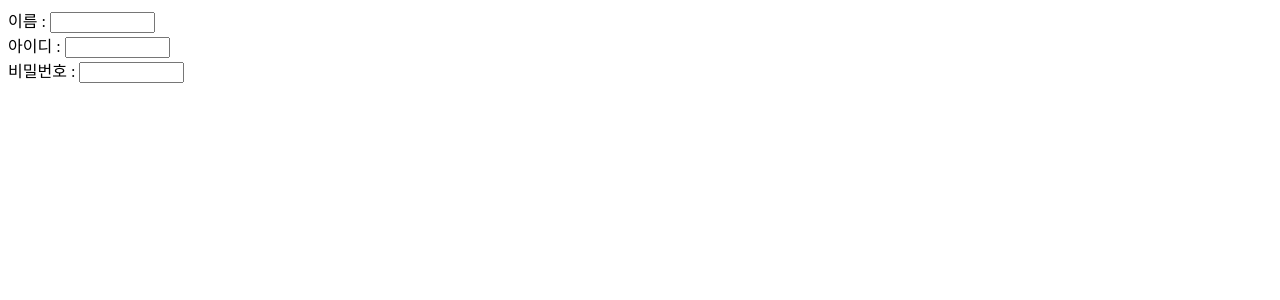
Repository: kimhun456/JSPLearn
Page: HelloWorld/WebContent/form.html
An editor plug-in stored every save of this project. The page is shown before and after the next save, followed by the edit.
The browser window is 1280 px wide. The pictures show the whole page.

Above is the page before, as saved 2015-06-27 12:53:12.

### HelloWorld/WebContent/form.html
<!DOCTYPE html>
<html>
<head>
<meta charset="UTF-8">
<title>Various FORM tags</title>
</head>
<body>

	<form action="HelloWorld" method="post">
		이름 : <input type="text" name="name" size="10"><br/>
		아이디 : <input type="text" name="id" size="10"><br/>
		비밀번호 :  <input type="password" name="pw" size="10"><br/>
	</form>

</body>
</html>

After the next save:
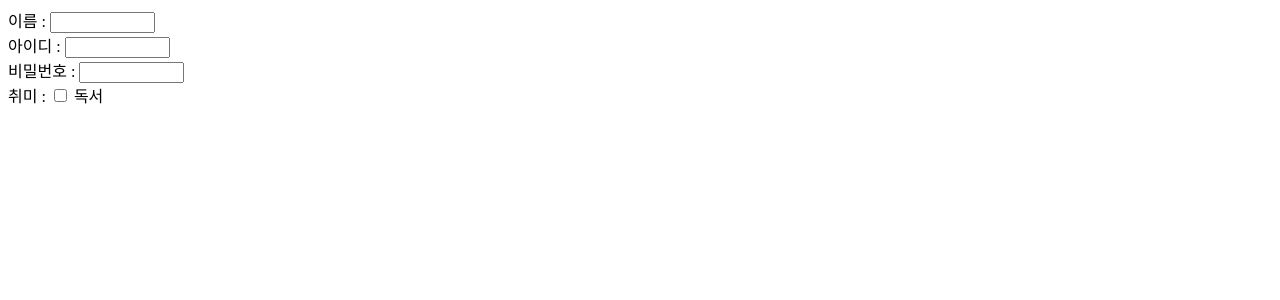
Saved 34 s later.
--- a/HelloWorld/WebContent/form.html
+++ b/HelloWorld/WebContent/form.html
@@ -10,6 +10,7 @@
 		이름 : <input type="text" name="name" size="10"><br/>
 		아이디 : <input type="text" name="id" size="10"><br/>
 		비밀번호 :  <input type="password" name="pw" size="10"><br/>
+		취미 : <input type="checkbox" name="hobby" value="read" > 독서
 	</form>
 
 </body>
